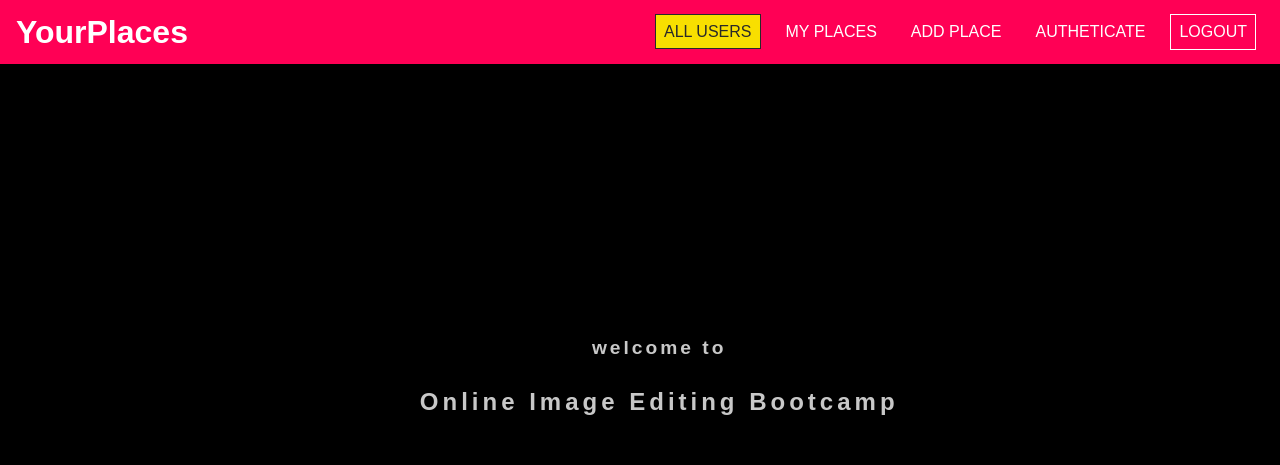
Repository: TanviSanyal/ImageEditingBootcamp
Page: /
These files come from the project's save history. The page is drawn as it stood at one moment and after the next save; the edit follows.
The browser window is 1280 px wide. The pictures show the whole page.
The project was rebuilt for these pictures with package versions that can differ from the ones it lists, and the page was loaded fresh each time. Also part of the build but not shown: src/shared/components/navigation/SideDrawer.css, src/shared/components/UIElements/Backdrop.css, src/shared/components/UIElements/Backdrop.js.

Above is the page before, as saved 2020-09-26 23:08:04.

### public/index.html
<!DOCTYPE html>
<html lang="en">
  <head>
    <meta charset="utf-8" />
    <link rel="icon" href="%PUBLIC_URL%/favicon.ico" />
    <meta name="viewport" content="width=device-width, initial-scale=1" />
    <meta name="theme-color" content="#000000" />
    <meta
      name="description"
      content="Web site created using create-react-app"
    />
    <link rel="apple-touch-icon" href="%PUBLIC_URL%/logo192.png" />
    <link rel="manifest" href="%PUBLIC_URL%/manifest.json" />
    <title>React App</title>
  </head>
  <body>
    <noscript>You need to enable JavaScript to run this app.</noscript>
    <div id="backdrop-hook"></div>
    <div id="modal-hook"></div>
    <div id="drawer-hook"></div>
    <div id="root"></div>
  </body>
</html>

### src/index.css
@import url('https://fonts.googleapis.com/css?family=Open+Sans:400,700&display=swap');

* {
  box-sizing: border-box;
}

html {
  font-family:Arial, Helvetica, sans-serif;
	font-weight:normal;
}

body {
  margin: 0;
  background: black;
}

### src/App.js
import React from 'react';
import {
  BrowserRouter as Router,
  Route,
  Redirect,
  Switch
} from 'react-router-dom';
import './App.css'
import MainNavigation from '../src/shared/components/navigation/MainNavigation';


const App = () => {

  // <Switch>
  //   <Route path="/" exact>
  //     {/* <Users /> */}
  //   </Route>
  //   <Route path="/:userId/places" exact>
  //     {/* <UserPlaces /> */}
  //   </Route>
  //   <Route path="/places/new" exact>
  //     {/* <NewPlace /> */}
  //   </Route>
  //   <Route path='/places/:placeId'>
  //     {/* <UpdatePlace /> */}
  //   </Route>
  //   <Redirect to="/" />
  // </Switch>

  return (
    <Router>
      <MainNavigation />
      <main className="main-body">
        <p className="text1">welcome to</p>
        <p className="text2"> Online Image Editing Bootcamp</p>
      </main>
    </Router>
  );
};

export default App;

### src/App.css
.main-body span{
  color: white;
  text-transform: uppercase;
  display: block;
}
.main-body{
  text-align: center;
  padding-top: 33vh;
  padding-left: 3%;
}

.text1{
  color:rgb(200,200,200);
  font-size: 120%;
  letter-spacing: 3PX;
  font-weight: 700;
}
.text2{
  color: rgb(200,200,200);
  font-size: 150%;
  letter-spacing: 4PX;
  line-height: 37PX;
  font-weight: 700;
}

### src/shared/components/navigation/MainNavigation.js
import React, { useState } from 'react';
import { Link } from 'react-router-dom';

import MainHeader from './MainHeader';
import NavLinks from './NavLinks';
import SideDrawer from './SideDrawer';
import Backdrop from '../UIElements/Backdrop';
import './MainNavigation.css';

const MainNavigation = props => {
  const [drawerIsOpen, setDrawerIsOpen] = useState(false);

  const openDrawerHandler = () => {
    setDrawerIsOpen(true);
  };

  const closeDrawerHandler = () => {
    setDrawerIsOpen(false);
  };

  return (
    <React.Fragment>
      {drawerIsOpen && <Backdrop onClick={closeDrawerHandler} />}
      <SideDrawer show={drawerIsOpen} onClick={closeDrawerHandler}>
        <nav className="main-navigation__drawer-nav">
          <NavLinks />
        </nav>
      </SideDrawer>

      <MainHeader>
        <button className="main-navigation__menu-btn" onClick={openDrawerHandler}>
          <span />
          <span />
          <span />
        </button>
        <h1 className="main-navigation__title">
          <Link to="/">YourPlaces</Link>
        </h1>
        <nav className="main-navigation__header-nav">
          <NavLinks />
        </nav>
      </MainHeader>
    </React.Fragment>
  );
};

export default MainNavigation;

### src/shared/components/navigation/MainHeader.js
import React from 'react';

import './MainHeader.css';

const MainHeader = props => {
  return <header className="main-header">{props.children}</header>;
};

export default MainHeader;

### src/shared/components/navigation/NavLinks.js
import React,{useContext} from 'react';
import './NavLinks.css';
import {NavLink} from 'react-router-dom';
// import {AuthContext} from '../../context/auth-context';

const NavLinks = props => {

    // const auth = useContext(AuthContext);
    return(
        <ul className="nav-links">
            <li>
                <NavLink to="/" exact>ALL USERS</NavLink>
            </li>
           <li>
                <NavLink to="/u1/places">MY PLACES</NavLink>
            </li>
           <li>
                <NavLink to="/places/new">ADD PLACE</NavLink>
            </li>
            <li>
                <NavLink to="/auth">AUTHETICATE</NavLink>
            </li>
             <li><button >LOGOUT</button></li>
        </ul>
    );
};

export default NavLinks;

### src/shared/components/navigation/MainNavigation.css
.main-navigation__menu-btn {
    width: 3rem;
    height: 3rem;
    background: transparent;
    border: none;
    display: flex;
    flex-direction: column;
    justify-content: space-around;
    margin-right: 2rem;
    cursor: pointer;
  }

  .main-navigation__menu-btn span {
    display: block;
    width: 3rem;
    height: 2.5px;
    background: white;
  }

  .main-navigation__title {
    color: white;
  }

  .main-navigation__title a {
    text-decoration: none;
    color: white;
  }

  .main-navigation__header-nav {
    display: none;
  }

  .main-navigation__drawer-nav {
    height: 100%;
  }

  @media (min-width: 768px) {
    .main-navigation__menu-btn {
      display: none;
    }

    .main-navigation__header-nav {
      display: block;
    }
  }

### src/shared/components/navigation/NavLinks.css
.nav-links {
    list-style: none;
    margin: 0;
    padding: 0;
    width: 100%;
    height: 100%;
    display: flex;
    flex-direction: column;
    justify-content: center;
    align-items: center;
  }

  .nav-links li {
    margin: 1rem;
  }

  .nav-links a {
    border: 1px solid transparent;
    color: #292929;
    text-decoration: none;
    padding: 0.5rem;
  }

  .nav-links a:hover,
  .nav-links a:active,
  .nav-links a.active {
    background: #f8df00;
    border-color: #292929;
    color: #292929;
  }

  .nav-links button {
    cursor: pointer;
    border: 1px solid #292929;
    color: #292929;
    background: transparent;
    padding: 0.5rem;
    font: inherit;
  }

  .nav-links button:focus {
    outline: none;
  }

  .nav-links button:hover,
  .nav-links button:active {
    background: #292929;
    color: white;
  }

  @media (min-width: 768px) {
    .nav-links {
      flex-direction: row;
    }

    .nav-links li {
      margin: 0 0.5rem;
    }

    .nav-links a {
      color: white;
      text-decoration: none;
    }

    .nav-links button {
      border: 1px solid white;
      color: white;
      background: transparent;
    }

    .nav-links button:hover,
    .nav-links button:active {
      background: #f8df00;
      color: #292929;
    }
  }

Loaded but not shown: src/index.js (common file); src/shared/components/navigation/SideDrawer.js (common file); src/shared/components/navigation/MainHeader.css (common file)

After the next save:
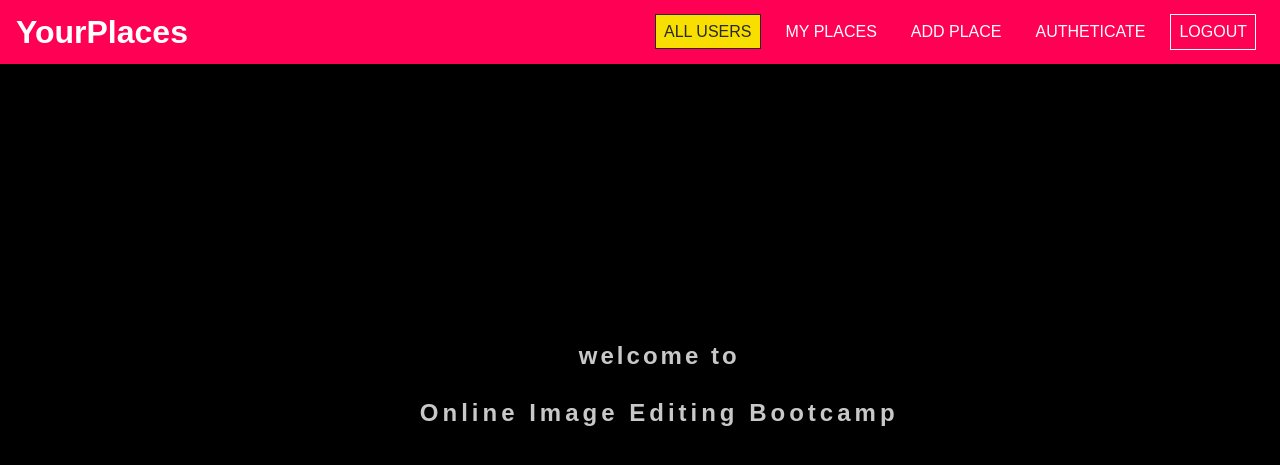
Saved 9 s later.
--- a/src/App.css
+++ b/src/App.css
@@ -11,7 +11,7 @@
 
 .text1{
   color:rgb(200,200,200);
-  font-size: 120%;
+  font-size: 150%;
   letter-spacing: 3PX;
   font-weight: 700;
 }
